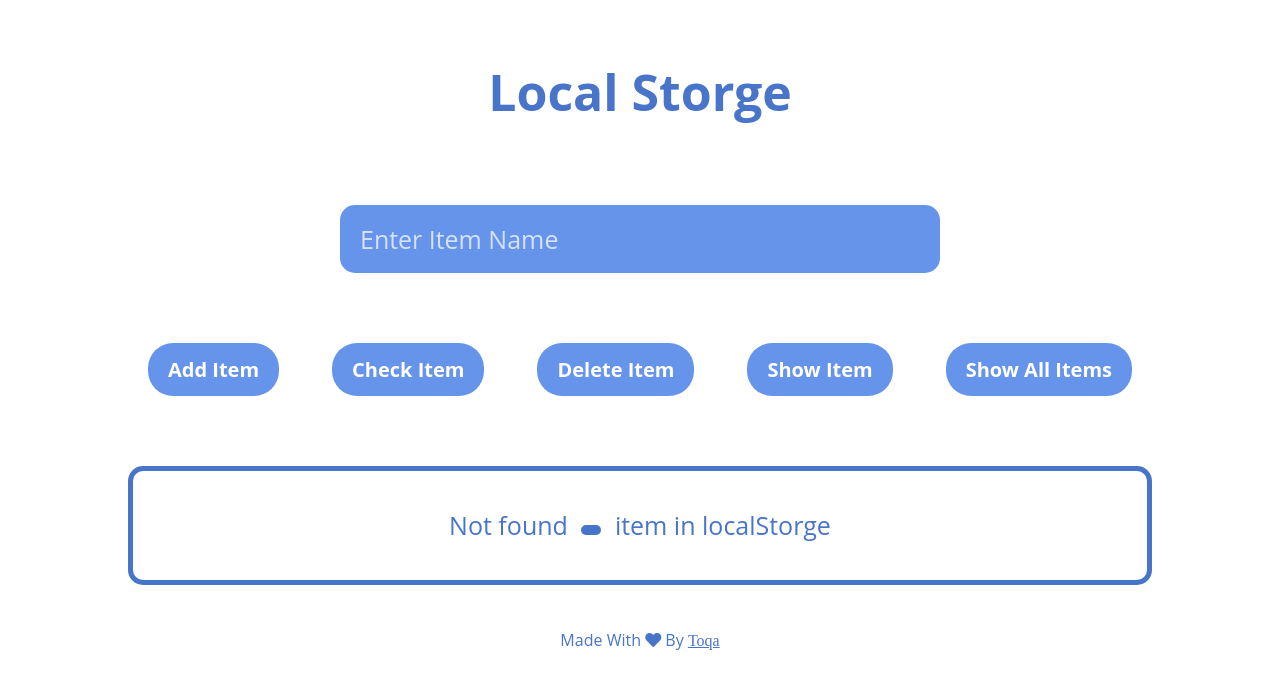
Repository: Toqa-25/local-storge
Page: index.html
The author's editor kept a copy of each file at every save. The page is drawn from the files as they stood at one save, then again after the next save.
The browser window is 1280 px wide. The pictures show the whole page.
Empty fields were first filled with sample values (such as "Sample", 5 or name@example.com).
After loading, the first visible `#show-all` was clicked once.
Some web fonts or font styles are not loaded; a fallback is used.

Above is the page before, as saved 2022-02-15 22:31:11.

### index.html
<!DOCTYPE html>
<html lang="en">
<head>
    <meta charset="UTF-8">
    <meta http-equiv="X-UA-Compatible" content="IE=edge">
    <meta name="viewport" content="width=device-width, initial-scale=1.0">
     <!-- css fils -->
     <link rel="stylesheet" href="css/normalize.css">
     <link rel="stylesheet" href="css/all.min.css">
     <link rel="stylesheet" href="css/style.css">
     <!-- google fonts -->
     <link href="https://fonts.googleapis.com/css2?family=Pushster&amp;display=swap" rel="stylesheet">
     <!-- page title -->
    <title>Local Storge</title>
</head>
<body>
 <section class="local-Storge container pad">
     <div class="local-storge-head">
         <h1 class="local-header">local storge</h1>
     </div>
     <div class="input-field">
         <input type="text" name="" id="input" placeholder="Enter Item Name">
     </div>
     <div class="buutons-group">
         <button class="btn" id="add">add item</button>
         <button class="btn" id="check">check item</button>
         <button class="btn" id="delete">delete item</button>
         <button class="btn" id="show">show item</button>
         <button class="btn" id="show-all">show all items</button>
     </div>
     <div class="result">
         <p class="result-content">show result</p>
     </div>
 </section>
    <!--  copyRight style  -->
    <div class="bottom-group">
             <p>made with <i class="fas fa-heart"></i> by <a class="developer link-none" href="https://toqa-25.github.io/portfolio/">toqa</a></p>
    </div>
    <script src="js/script.js"></script>
    <script src="https://unpkg.com/sweetalert/dist/sweetalert.min.js"></script>
</body>
</html>

### css/style.css
/* component style */
:root{
    --main-color: #4875c9;
    --main-alt-color: hsl(219, 77%, 66%);
    --white-color: #fff;
    --text-color: #87a3d7;
}
*{
     margin:0;
     padding:0;
     box-sizing: border-box;
}
html{
    scroll-behavior: smooth;
}
body{
    font-family: 'Open Sans', sans-serif;
    min-height: 100vh;
}
.container{
    width:80%;
    margin:0 auto;
}

.pad{
    padding: 30px 0;
}

/* element style */
section {
    /* height: calc(100vh - 90px); */
    display: flex;
    gap: 50px;
    flex-direction: column;
    justify-content: center;
    align-items: center;
}
/* @media (min-width : 992px){
    section {
       height: calc(100vh - 90px);
    }
} */
.local-header {
    color: var(--main-color);
    font-size: 50px;
    text-transform: capitalize;
    }
.input-field{
    width: 100%;
}
input {
    padding: 20px;
    width: 100%;
    border: none;
    background-color: var(--main-color);
    background-color: var(--main-alt-color);
    border-radius: 15px;
    color:#fff;
    font-size: 25px;
    -webkit-border-radius: 15px;
    -moz-border-radius: 15px;
    -ms-border-radius: 15px;
    -o-border-radius: 15px;
    display: block;
    max-width: 600px;
    margin:auto;
}
input:focus{
    outline: none;
    caret-color: #fff;
}
input::placeholder{
        color:rgba(255, 255, 255, 0.726);
}
.buutons-group {
    padding: 20px;
    width: 100%;
    display: flex;
    gap: 20px;
    justify-content: space-between;
    align-items: center;
    flex-wrap: wrap;
}
/* @media (max-width : 575px){
    .buutons-group {
        flex-direction: column;
    }
} */
.btn {
    border-radius: 25px;
    padding: 15px 20px;
    border: none;
    background-color: var(--main-alt-color);
    color: #fff;
    font-weight: bold;
    text-transform: capitalize;
    font-size: 20px;
    cursor: pointer;
    transition: .3s;
    -webkit-transition: .3s;
    -moz-transition: .3s;
    -ms-transition: .3s;
    -o-transition: .3s;
}
.btn:hover{
    background-color: var(--main-color);
}
.result {
    border-radius: 15px;
    width: 100%;
    text-align: center;
    border: 5px solid var(--main-color);
    /* min-height: 100px; */
    display: flex;
    justify-content: center;
    align-items: center;
    color: var(--main-color);
    padding:20px;

}
.result-content {
    font-size: 25px;
    /* text-transform: capitalize; */
    color: var(--main-color);
    padding: 20px;
    text-align: left;
}
.result-content span {
background-color: var(--main-color);
    color: #fff;
    display: inline-block;
    margin: 0 7px;
    padding: 5px 10px;
    border-radius: 10px;
}
.result-content h4 {
    /* border-bottom:1px solid var(--main-color); */
    margin-bottom: 5px;
}
/*******************************************/
/* copyRight style */
.bottom-group{
color:var(--main-color);
text-align: center;
margin: 16px auto;
}
.bottom-group p{
    text-transform:capitalize;
}
.bottom-group p a{
    font-family: 'Pushster', cursive;
     color:var(--main-color);
}

### js/script.js
// Dom vars
let input = document.getElementById("input"),
    addButton = document.getElementById("add"),
    checkButton = document.getElementById("check"),
    deleteButton = document.getElementById("delete"),
    showButton = document.getElementById("show"),
    showAllButton = document.getElementById("show-all"),
    resultContent = document.querySelector(".result-content");

 // localStorge
let items = localStorage.getItem("items") ?
    JSON.parse(localStorage.getItem("items")) : [];
    console.log("items" , items)

// Run Function
    addButton.onclick = addItem;
    checkButton.onclick = checkItem;
    deleteButton.onclick = deleteItem;
    showButton.onclick = showItem;
    showAllButton.onclick = showAllItems;

// set functions
  // add function
 function addItem(){
     if (input.value != "" && input.value != null) {
         items = [...items, input.value.trim()]
         localStorage.setItem("items", JSON.stringify(items))
         resultContent.innerHTML = `You add  <span>${input.value.trim()} </span>to localStorge`
         input.value = null;
     }
     else {
         swal("Enter the Item Name");
   }
 }
  // delete function
function deleteItem() {
           resultContent.innerHTML = "";
    if (input.value != "" && input.value != null) {
      if (items.includes(input.value.trim())) {
        items.map((item, index) => {
          if (item == input.value.trim()) {
            items.splice(index, 1);
            localStorage.setItem("items", JSON.stringify(items));
            resultContent.innerHTML = `You delete <span>${input.value.trim()} </span> from localStorge`;
          }
        });
       }
       else {
         resultContent.innerHTML = `Not found <span>${input.value.trim()} </span> item  in localStorge`
       }
      input.value = null;
    }
    else {
      swal("Enter the Item Name");
    }
 }

  // check function
 function checkItem(){
        resultContent.innerHTML = "";
     if (input.value != "" && input.value != null) {
       if (items.includes(input.value.trim())) {
         resultContent.innerHTML = `The <span>${input.value.trim()} </span> item is exisit in localStorge`;
       } else {
         resultContent.innerHTML = `Not found <span>${input.value.trim()} </span> item  in localStorge`;
       }
        input.value = null;
     } else {
       swal("Enter the Item Name");
     }
 }
  // show function
function showItem() {
    resultContent.innerHTML = "";
     if (input.value != "" && input.value != null) {
       if (items.includes(input.value.trim())) {
         resultContent.innerHTML = `${input.value.trim()}`;
       } else {
         resultContent.innerHTML = `Not found <span>${input.value.trim()} </span> item  in localStorge`;
       }
       input.value = null;
     } else {
       swal("Enter the Item Name");
     }
 }
  // show function
function showAllItems() {
     input.value = null
     if (items.length >= 1) {
         resultContent.innerHTML = ""
         items.map((item, index) => {
             resultContent.innerHTML += `<h4> ${index + 1} - ${item} </h4>`

         })
     }
         else {

        resultContent.innerHTML = `Not found  <span>${input.value.trim()} </span> item  in localStorge`;
         }
        // console.log("showAll", items);
     }

console.log(Object.entries(localStorage))

Loaded but not shown: css/normalize.css (library); css/all.min.css (library)

After the next save:
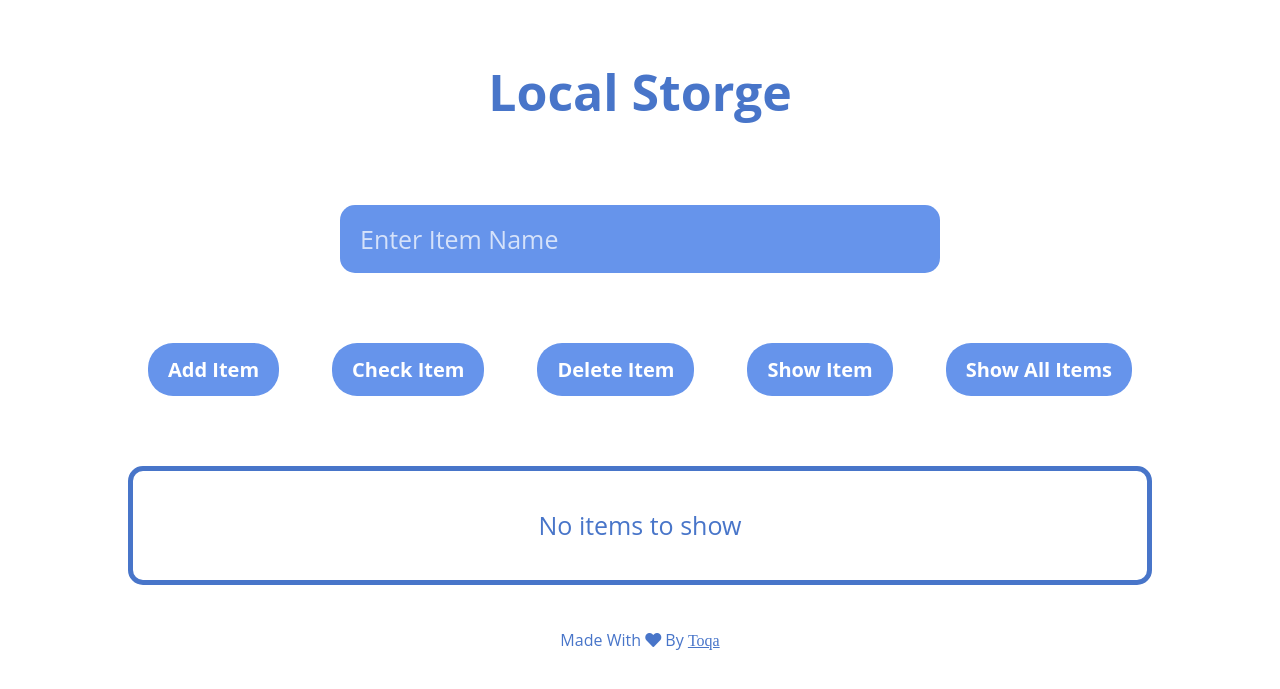
Saved 23 s later.
--- a/js/script.js
+++ b/js/script.js
@@ -95,7 +95,7 @@ function showAllItems() {
      }
          else {
 
-        resultContent.innerHTML = `Not found  <span>${input.value.trim()} </span> item  in localStorge`;
+        resultContent.innerHTML = `No items to show`;
          }
         // console.log("showAll", items);
      }
